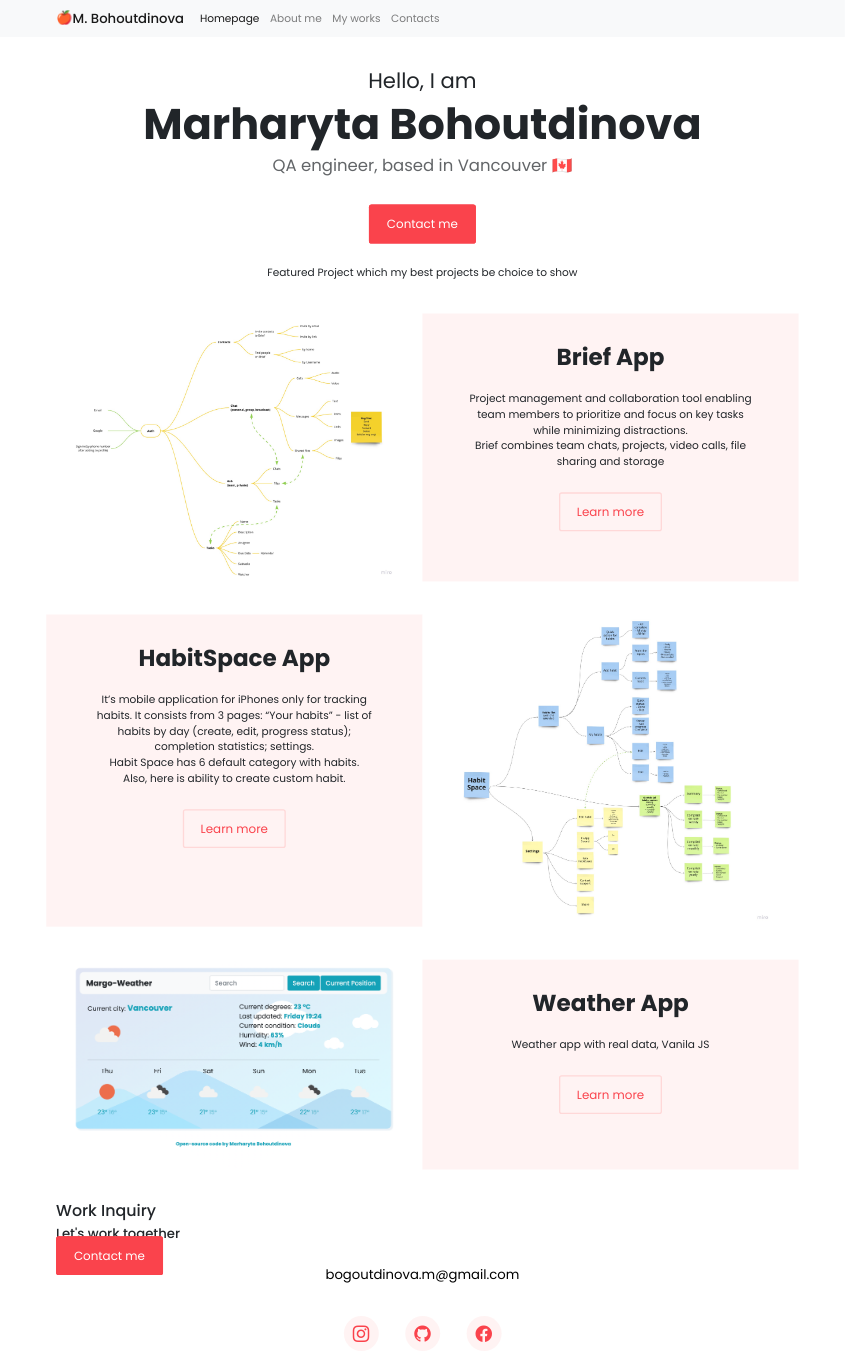
Repository: Bohoutdinova/Portfolio_week-4
Page: index.html
An editor plug-in stored every save of this project. The page is shown before and after the next save, followed by the edit.
The browser window is 1280 px wide. The pictures show the whole page, at 66% of full size.
Some web libraries are served in a nearby version.

Above is the page before, as saved 2022-08-15 13:17:09.

After the next save:
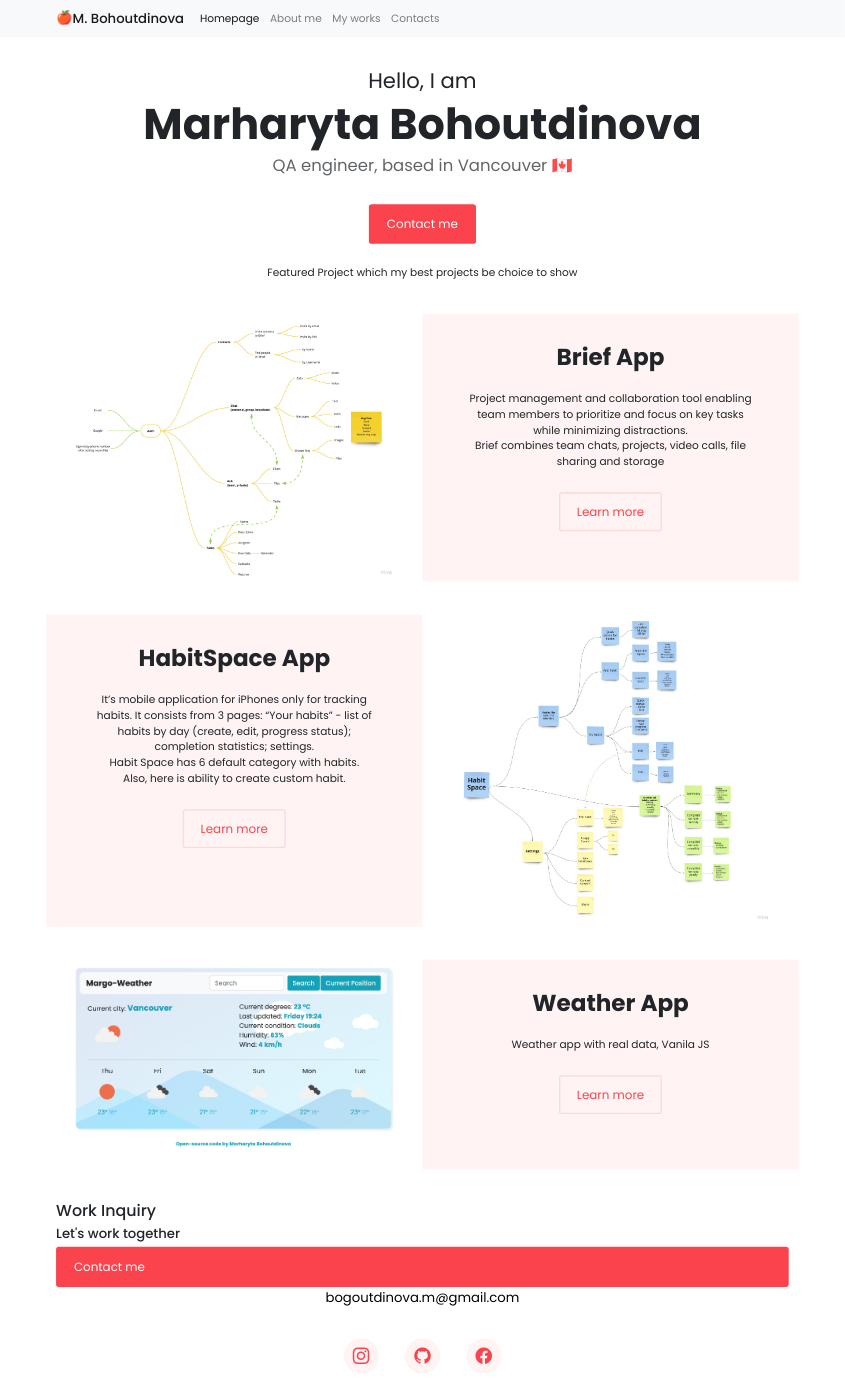
Saved 14 s later.
--- a/index.html
+++ b/index.html
@@ -194,7 +194,10 @@
         <div class="box-contacts">
           <h4>Work Inquiry</h4>
           <h5>Let's work together</h5>
-          <a href="/contact.html" class="contact-me rounded" title="Contact me"
+          <a
+            href="/contact.html"
+            class="contact-me rounded d-flex"
+            title="Contact me"
             >Contact me</a
           >
         </div>
